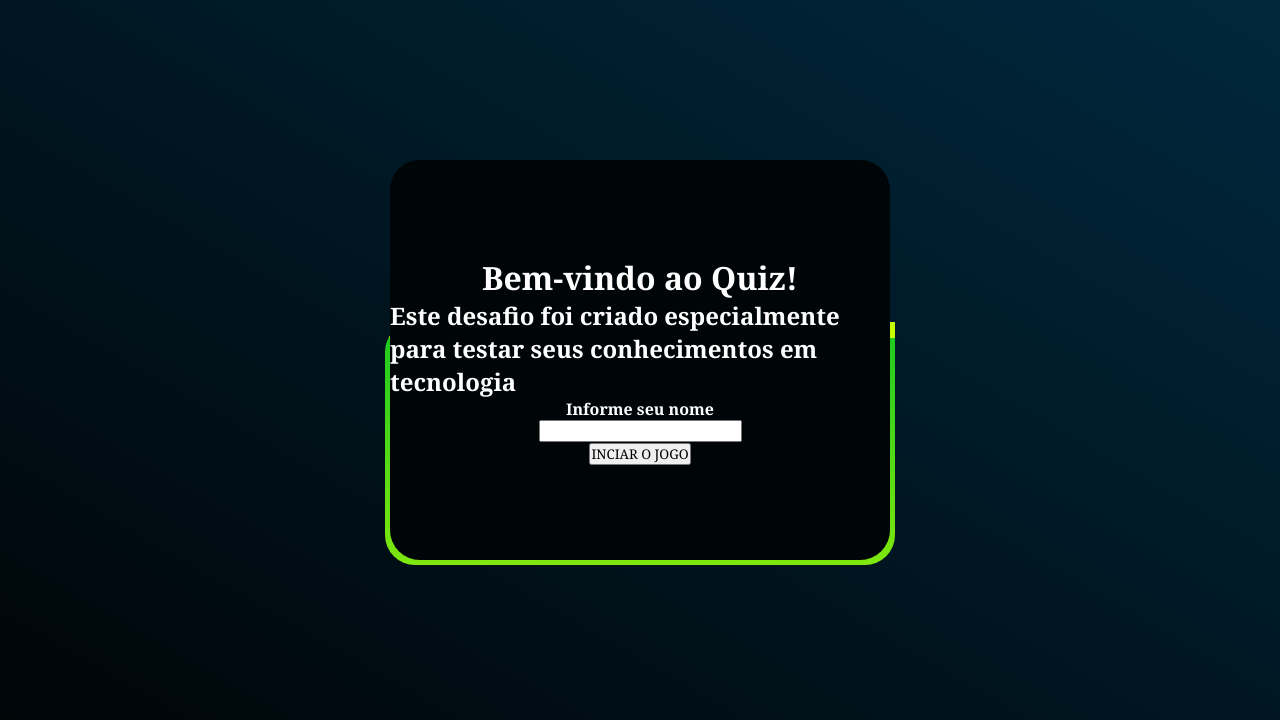
Repository: LaisSilvaO/Projeto-Quizz
Page: telas/apresentação.html
These files come from the project's save history. The page is drawn as it stood at one moment and after the next save; the edit follows.
The browser window is 1280 px wide. The pictures show the whole page.

Above is the page before, as saved 2024-12-25 21:09:28.

### telas/apresentação.html
<!DOCTYPE html>
<html lang="pt-br">

<head>
    <meta charset="UTF-8">
    <meta name="viewport" content="width=device-width, initial-scale=1.0">
    <title>Quiz</title>
    <link rel="stylesheet" href="../img/tela.css">
</head>

<body>
    <div class="box1">
        <div class="box2">
            <H1> Bem-vindo ao Quiz!</H1>

            <h2>Este desafio foi criado especialmente para testar seus conhecimentos em tecnologia


            </h2>
            <h4>Informe seu nome </h4>
            <input type="text" id="nome">
            <A href="index.html">
                <h4><button>INCIAR O JOGO</button></h4>
            </A>
        </div>
    </div>

</body>

</html>

### img/tela.css
* {
  margin: 0;
  padding: 0;
  box-sizing: border-box;
  font-family: Cambria, Cochin, Georgia, Times, 'Times New Roman', serif;
}

body {
  height: 100vh;
  display: flex;
  justify-content: center;
  align-items: center;
  background: linear-gradient(210deg, #00283d, #000508);
}

main {
  background-color: white;
  padding: 10px;
  border-radius: 10px;
  width: 100%;
  max-width: 600px;
  min-height: 400px;
  display: flex;
  justify-content: center;
  align-items: center;
}

.box1{
  position: relative;
  width: 510px;
  height: 410px;

  border-radius: 30px;
  display: flex;
  justify-content: center;
  align-items: center;
  flex-direction: column;
  overflow: hidden;

}
.box2 {
  position: relative;
  width: 500px;
  height: 400px;
  background-color: #000508;
  border-radius: 30px;
  display: flex;
  justify-content: center;
  align-items: center;
  flex-direction: column;
  overflow: hidden;
  color: white;
}

/* Borda animada externa */
.box1::before {
  content: '';
  position: absolute;
  top: 0;
  left: 0;
  width: 100%;
  height: 100%;
  border-radius: 30px;
  border: 16px solid transparent; /* Espessura da borda aumentada */
  background-image: linear-gradient(to bottom, #20ca20, #ccff00);
  background-size: 400%; /* Aumenta o tamanho da animação da borda */
  animation: borderAnimation 3s linear 3s infinite ;
  z-index: -1; /* Garante que a borda fique atrás do conteúdo */
}

@keyframes borderAnimation {
  0% {
    top: 0px;
    left: 0px;
}
25% {
    top: 0px;
    left: 500px; /* Canto superior direito */
}
50% {
    top: 500px;
    left: 0px; /* Canto inferior direito */
}
75% {
    top: 0px;
    left: 0px; /* Canto inferior esquerdo */
}
100% {
    top: 500px;
    left: 0px;  /* Retorna ao canto superior esquerdo */
}
}

After the next save:
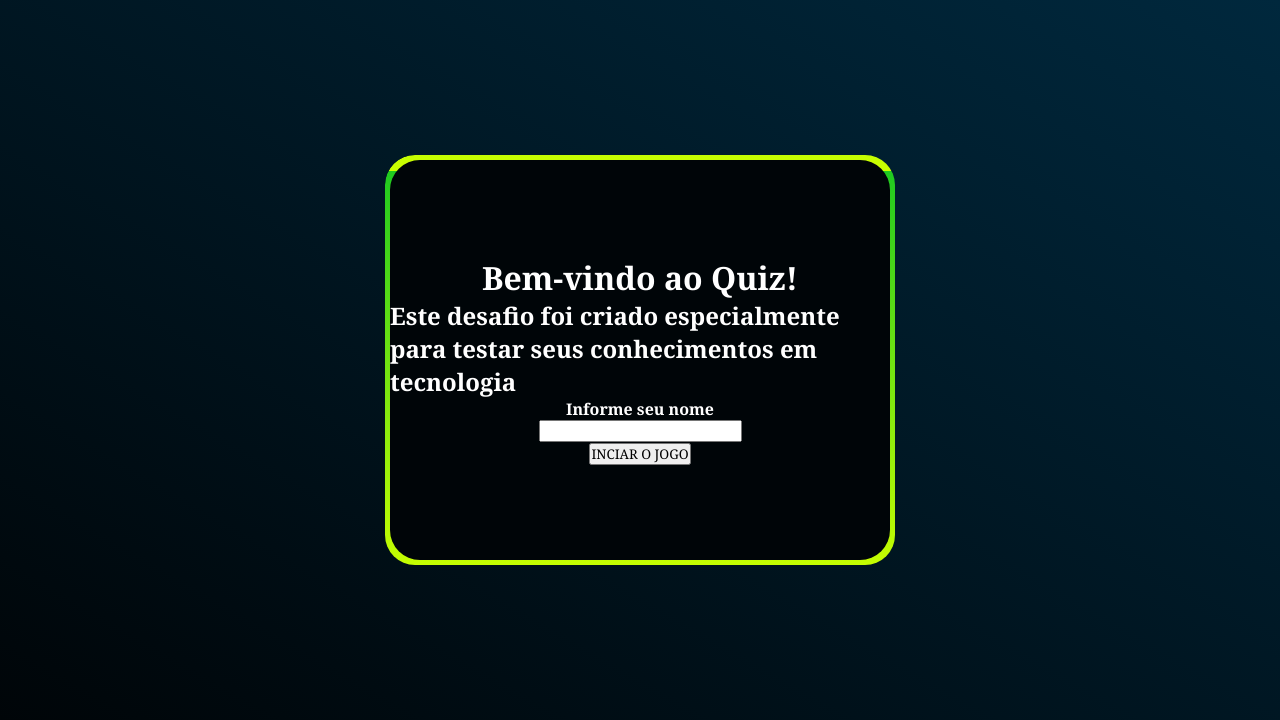
Saved 50 s later.
--- a/img/tela.css
+++ b/img/tela.css
@@ -64,7 +64,7 @@
   border: 16px solid transparent; /* Espessura da borda aumentada */
   background-image: linear-gradient(to bottom, #20ca20, #ccff00);
   background-size: 400%; /* Aumenta o tamanho da animação da borda */
-  animation: borderAnimation 3s linear 3s infinite ;
+  animation: borderAnimation 1s linear 3s infinite ;
   z-index: -1; /* Garante que a borda fique atrás do conteúdo */
 }
 

After the save that followed:
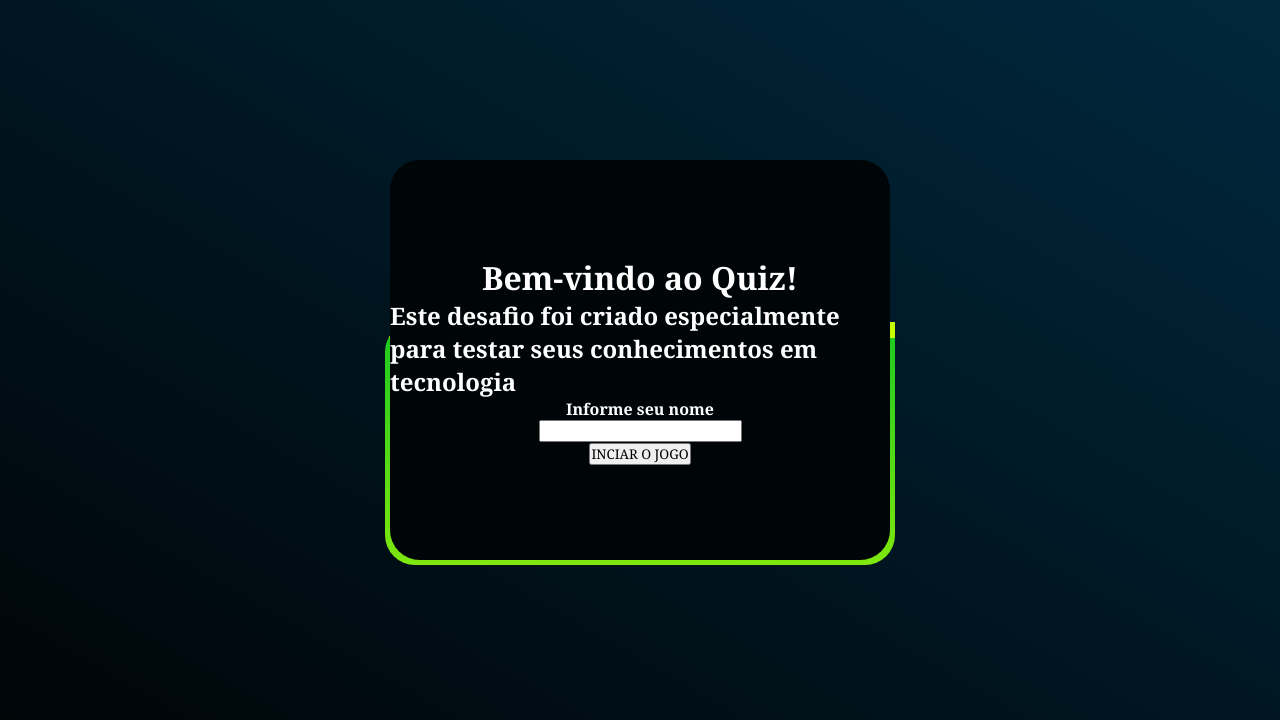
Saved 13 s later.
--- a/img/tela.css
+++ b/img/tela.css
@@ -64,7 +64,7 @@
   border: 16px solid transparent; /* Espessura da borda aumentada */
   background-image: linear-gradient(to bottom, #20ca20, #ccff00);
   background-size: 400%; /* Aumenta o tamanho da animação da borda */
-  animation: borderAnimation 1s linear 3s infinite ;
+  animation: borderAnimation 3s linear 3s infinite ;
   z-index: -1; /* Garante que a borda fique atrás do conteúdo */
 }
 
